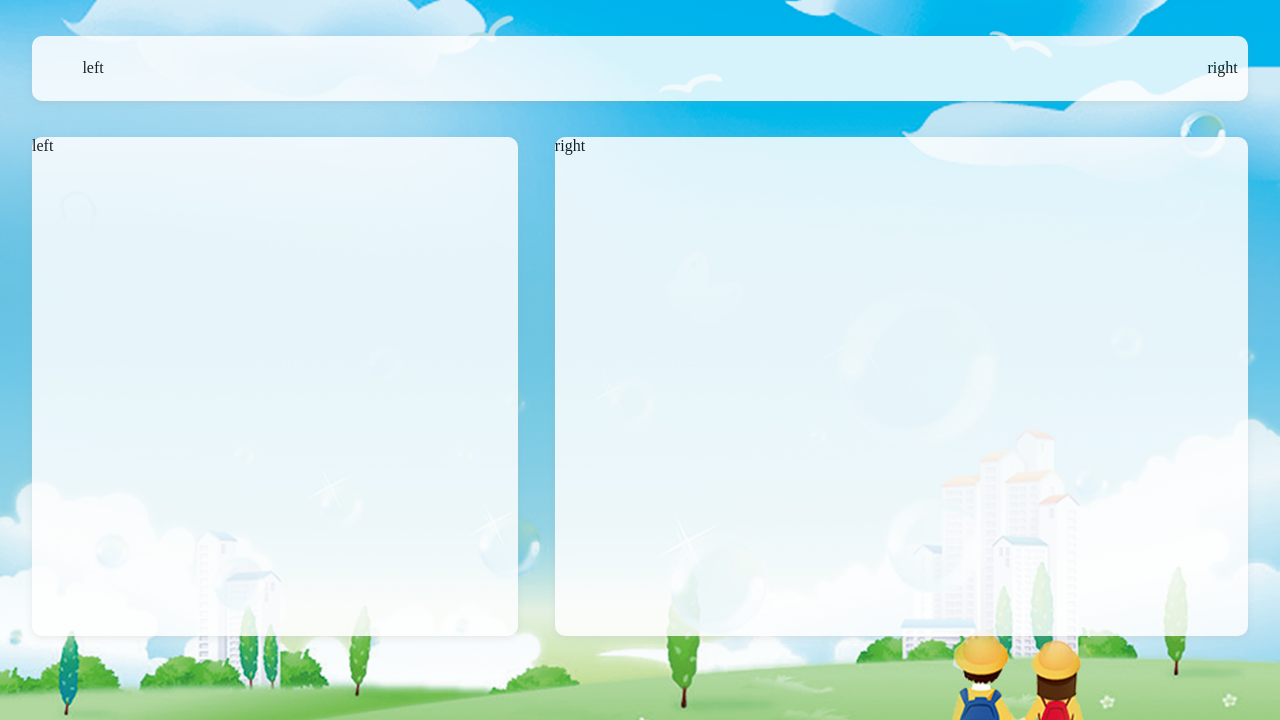
Repository: huangdesheng/classBrand
Page: / (app in classBrand/)
An editor plug-in stored every save of this project. The page is shown before and after the next save, followed by the edit.
The browser window is 1280 px wide. The pictures show the whole page.
The project was rebuilt for these pictures with package versions that can differ from the ones it lists, and the page was loaded fresh each time.

Above is the page before, as saved 2019-08-23 09:55:10.

### classBrand/index.html
<!DOCTYPE html>
<html>
  <head>
    <meta charset="utf-8">
    <meta name="viewport" content="width=device-width,initial-scale=1.0">
    <title>classbrand</title>
  </head>
  <body>
    <div id="app"></div>
    <!-- built files will be auto injected -->
  </body>
</html>

### classBrand/src/App.vue
<template>
  <div id="app">
    <router-view />
  </div>
</template>

<script>
export default {
  name: "App"
};
</script>

<style lang="less">
.bt {
  width: 100vw;
  height: 100vh;
  background: url(./assets/bg/bg.png);
  background-size: 100% 100%;
  background-repeat: no-repeat;
  background-position: center;
  position: fixed;
  left: 0;
  top: 0;
  display: flex;
  justify-content: center;
  align-items: center;
}
#app {
  .bt;
}
</style>

### classBrand/src/router/index.js
import Vue from 'vue'
import Router from 'vue-router'
import index from '@/views/index'

Vue.use(Router)

export default new Router({
  routes: [{
    path: '/',
    name: 'index',
    component: index
  }]
})

### classBrand/src/views/index/index.vue
<template>
  <div id="index">
    <header>
      <ul>
        <li>left</li>
        <li>right</li>
      </ul>
    </header>
    <section>
      <aside>left</aside>
      <aside>right</aside>
    </section>
  </div>
</template>

<script>
export default {};
</script>

<style lang="less" scoped>
.bt {
  background: rgba(255, 255, 255, 1);
  box-shadow: 0px 2px 7px 0px rgba(161, 157, 157, 0.23);
  opacity: 0.84;
  border-radius: 10px;
}
.flex {
  display: flex;
  justify-content: space-between;
  align-items: center;
}
#index {
  width: 95%;
  height: 90%;
  header {
    .bt;
    height: 10%;
    width: 100%;
    > ul {
      list-style: none;
      width: 95%;
      height: 100%;
      margin: 0 auto;
      display: flex;
      justify-content: space-between;
      align-items: center;
    }
  }
  section {
    .flex;
    width: 100%;
    margin-top: 3%;
    height: 77%;
    aside {
      .bt;
      height: 100%;
      &:nth-of-type(1) {
        width: 40%;
        margin-right: 3%;
      }
      &:nth-of-type(2) {
        flex: 1;
      }
    }
  }
}
</style>

Loaded but not shown: classBrand/src/main.js (common file)

After the next save:
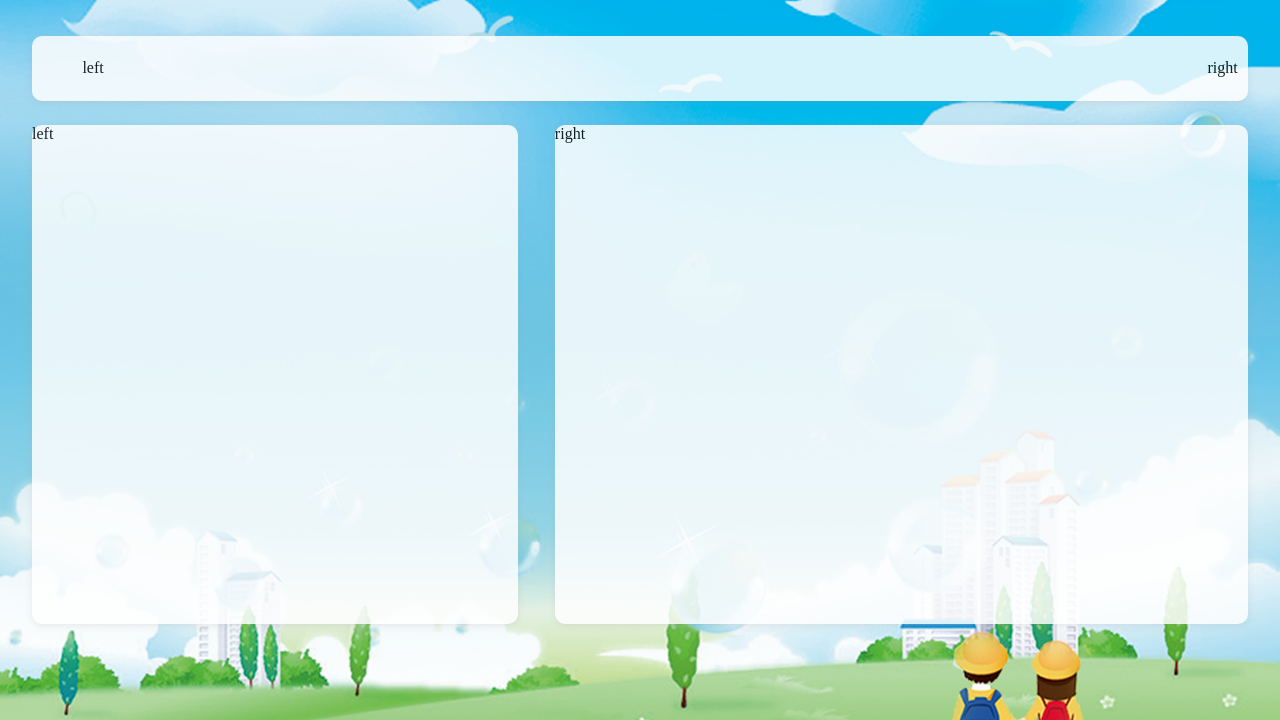
Saved 10 s later.
--- a/classBrand/src/views/index/index.vue
+++ b/classBrand/src/views/index/index.vue
@@ -49,7 +49,7 @@ export default {};
   section {
     .flex;
     width: 100%;
-    margin-top: 3%;
+    margin-top: 2%;
     height: 77%;
     aside {
       .bt;
